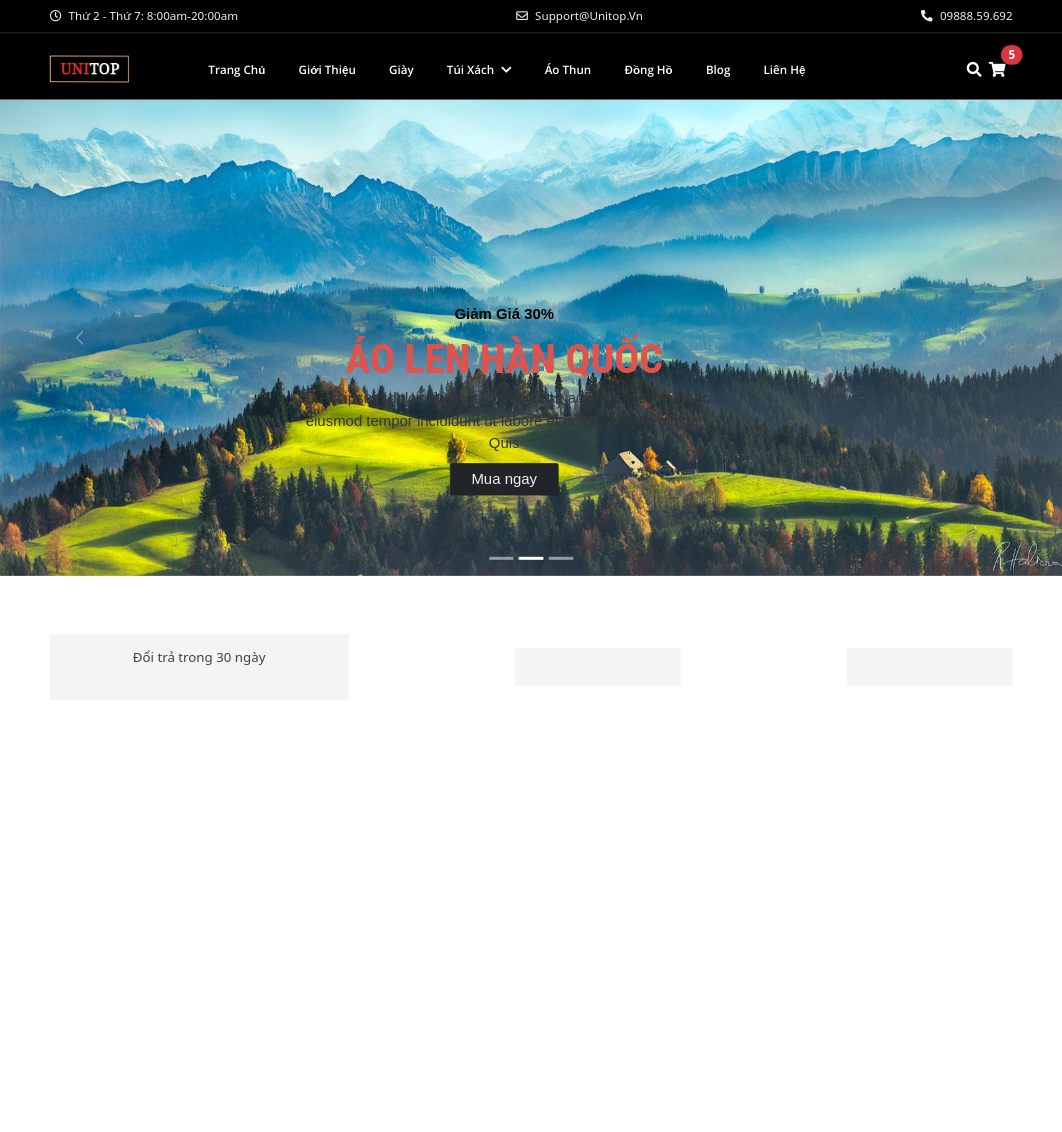
Repository: vinhtk0209/clothes-shop
Page: index.html
An editor plug-in stored every save of this project. The page is shown before and after the next save, followed by the edit.
The browser window is 1280 px wide. The pictures show the whole page, at 83% of full size.
The pointer rests on the first visible `.box-offer`.

Above is the page before, as saved 2021-10-04 17:15:10.

After the next save:
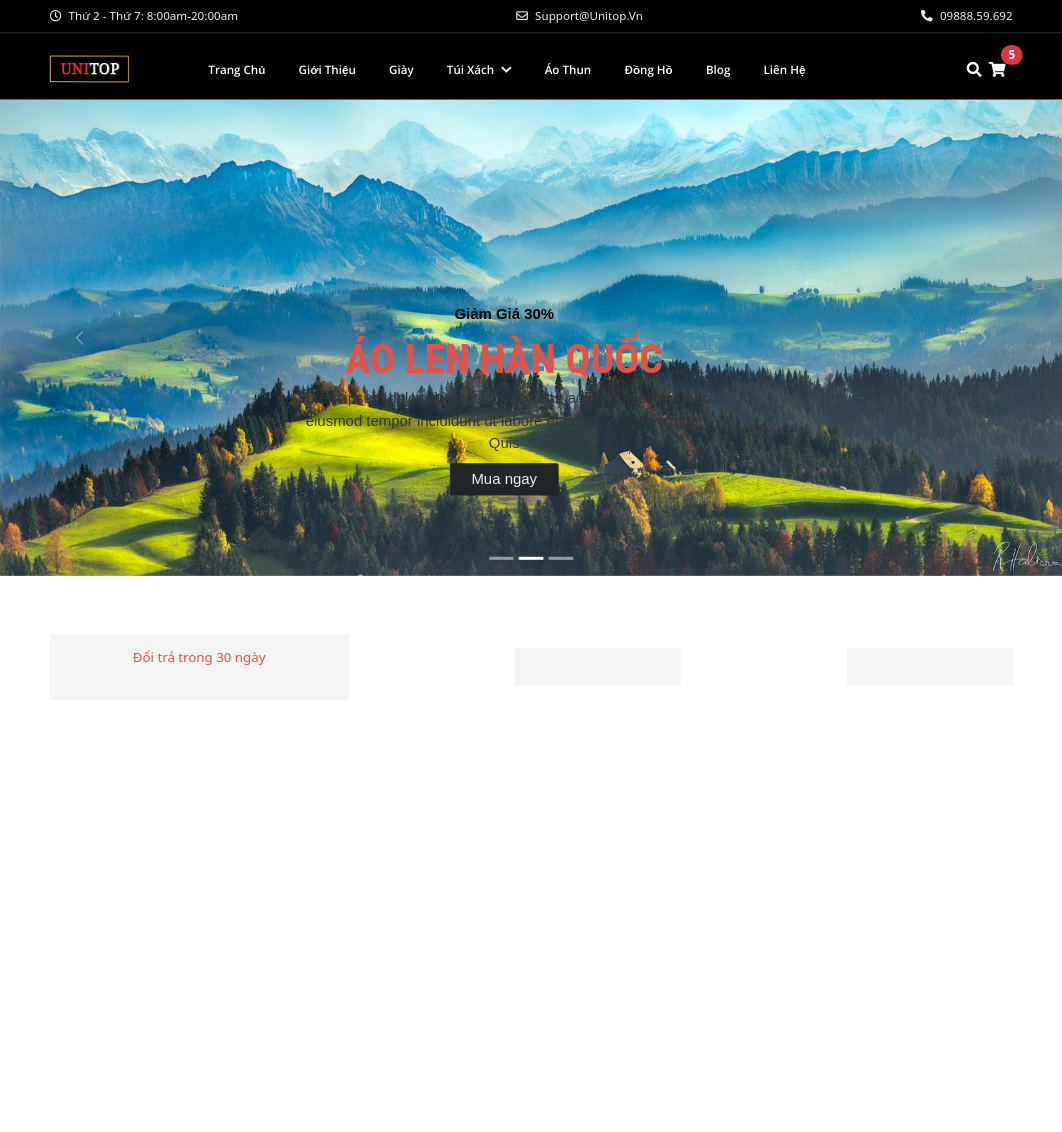
Saved 12 s later.
--- a/assets/css/main.css
+++ b/assets/css/main.css
@@ -153,5 +153,5 @@
     color:#434141;
 }
 .box-offer:hover{
-    color:#
+    color:#e2524a;
 }
